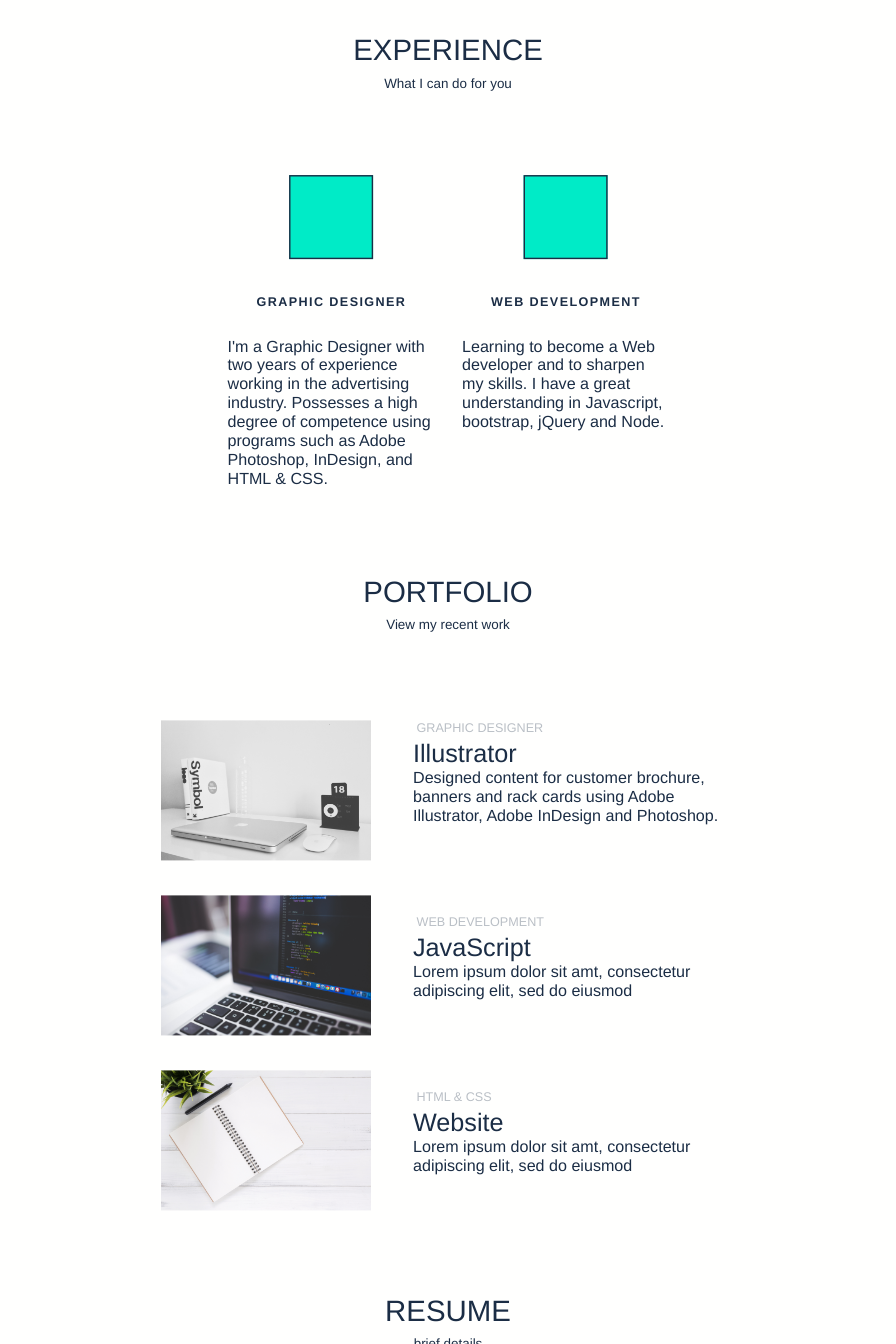
Repository: jb150524/JB-Portfolio
Page: index.html
An editor plug-in stored every save of this project. The page is shown before and after the next save, followed by the edit.
The browser window is 1280 px wide. The pictures show the part of the page from y = 1303 to 3223 px (the page is 3976 px tall before and 4215 px after), at 70% of full size.
Some icons come from a web library that is not loaded, so they are not drawn.

Above is the page before, as saved 2021-07-28 13:51:51.

After the next save:
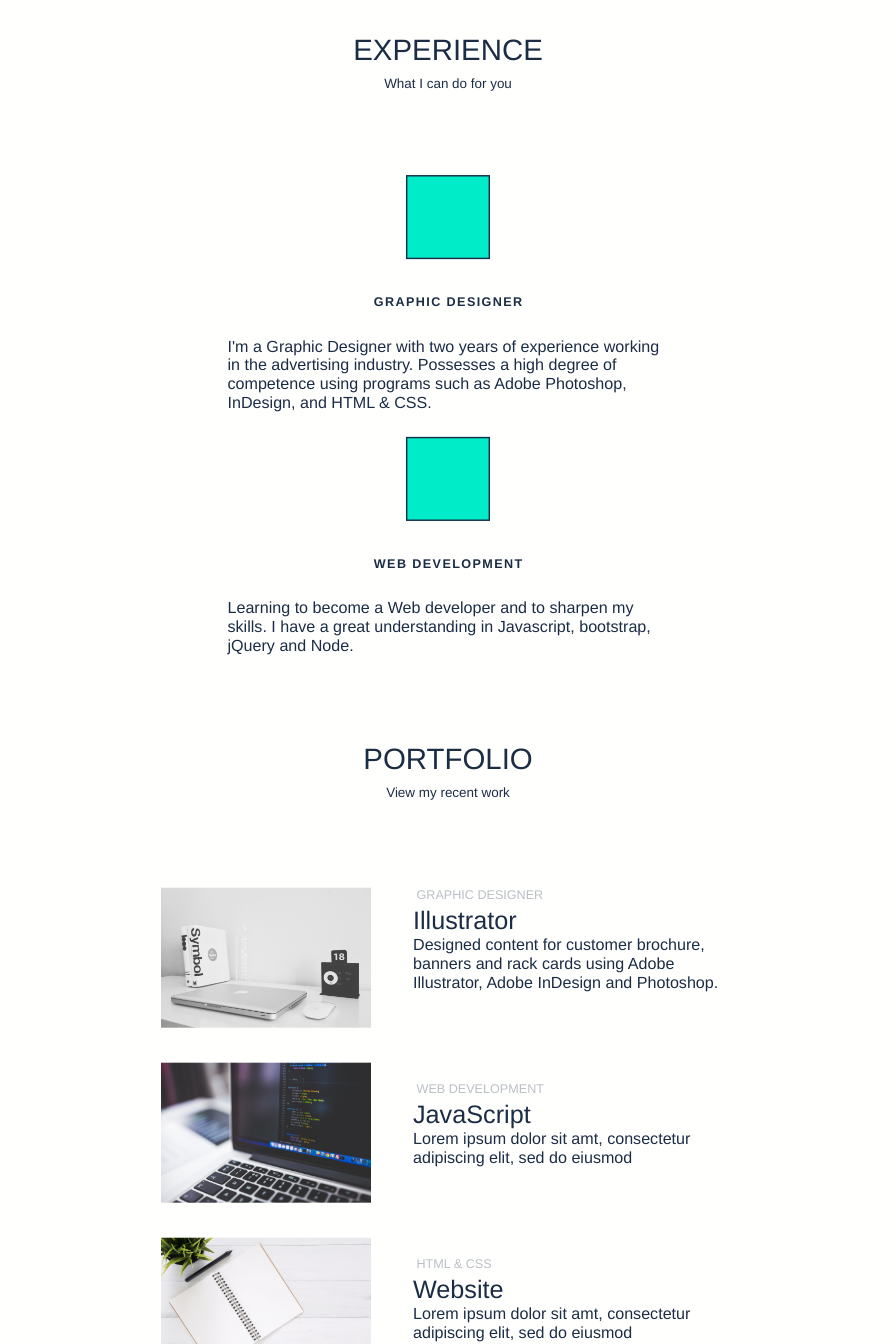
Saved 49 min 48 s later.
--- a/style.css
+++ b/style.css
@@ -222,7 +222,8 @@ li {
 
 .my-skills {
     display: grid;
-    grid-template-columns: repeat(auto-fit, minmax(25rem, 1fr));
+    grid-template-columns: repeat(auto-fit, min
+    max(25rem, 1fr));
     grid-gap: 2.5rem;
     text-align: center;
 }
